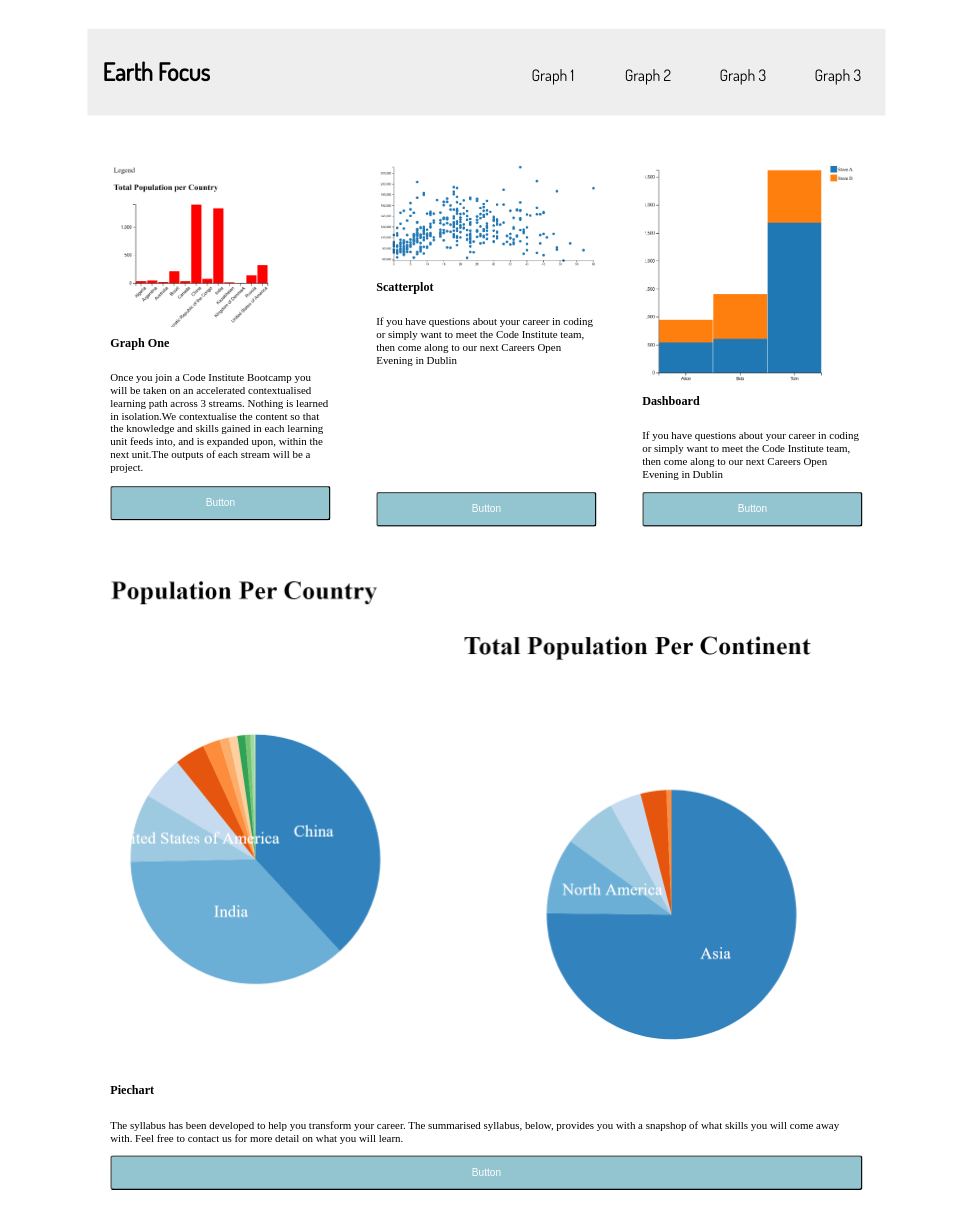
Repository: Code-Institute-Submissions/SOliv1-milestone2_NovResub
Page: index.html
The author's editor kept a record of every edit. The page is drawn from the files as they stood at one moment, then again after the next edit.
The browser window is 1280 px wide. The pictures show the whole page, at 76% of full size.
Some web libraries are served in a nearby version.

Above is the page before.

### index.html
<!DOCTYPE html>
<html lang="en">
<head>
    <meta charset="UTF-8">
    <meta http-equiv="X-UA-Compatible" content="ie=edge">
    <meta name="viewport" content="width=device-width, initial-scale=1">
    <title>Earth Focus</title>
    <link href="css/style.css" rel="stylesheet">
    <link href='https://fonts.googleapis.com/css?family=Roboto' rel='stylesheet' type='text/css'>
    <link href='https://fonts.googleapis.com/css?family=Dosis' rel='stylesheet' type='text/css'>
    </head>
<body>
    <div id="container">
        <nav>
            <ul>
                <li id="logoNav">Earth Focus</>
                <li id="graph11_btn">Graph 1</li>
                <li id="graph2_btn"> Graph 2</li>
                <li id="graph3_btn">Graph 3</li>
                <li id="graph4_btn">Graph 3</li>
            </ul>
        </nav>
        <div class="card graph1">
            <img class="card_image" src="img/1.png" alt=" icon"graph>
            <div class="card_bottom">
                <h2 class="card_head">Graph One</h2>
                <p class="card_para">Once you join a Code Institute Bootcamp you will be taken on an accelerated contextualised learning path across 3 streams. Nothing is learned in isolation.We contextualise the content so that the knowledge and skills gained in each learning
                    unit feeds into, and is expanded upon, within the next unit.The outputs of each stream will be a project. </p>
                <button class="bottom_button" id="button_effects1">Button</button>
            </div>
        </div>
        <div class="card graph3_btn">
            <img class="card_image" src="img/2.png" alt="scatterplot icon">
            <h2 class="card_head">Scatterplot</h2>
            <p class="card_para">If you have questions about your career in coding or simply want to meet the Code Institute team, then come along to our next Careers Open Evening in Dublin</p>
            <button id="button_effects2" class="bottom_button">Button</button>
            </div>
        <div class="card graph2">
            <img class="card_image" src="img/3.png" alt="graph icon">
            <h2 class="card_head">Dashboard</h2>
            <p class="card_para">If you have questions about your career in coding or simply want to meet the Code Institute team, then come along to our next Careers Open Evening in Dublin</p>
            <button id="button_effects3" class="bottom_button">Button</button>
        </div>
        <div class="card graph4">
         <img class="card_image" src="img/4.png" alt="pie graph">
            <h2 class="card_head">Piechart</h2>
            <p class="card_para">The syllabus has been developed to help you transform your career. The summarised syllabus, below, provides you with a snapshop of what skills you will come away with. Feel free to contact us for more detail on what you will learn.</p>
             <button id="button_effects4" class="bottom_button">Button</button>
        </div>
    <script src="https://code.jquery.com/jquery-3.2.1.js" integrity="sha256-DZAnKJ/6XZ9si04Hgrsxu/8s717jcIzLy3oi35EouyE=" crossorigin="anonymous"></script>
    <script src="js/script.js"></script>
    <!-- Scripts located at the bottom of the body to insure page is fully loaded before execution -->
</body>
</html>

### css/style.css
Skip to content
Search or jump to…

Pull requests
Issues
Marketplace
Explore

@SOliv1
Code Issues 0 Pull requests 0 Projects 0 Wiki Security Pulse Community
jquery-events/style.css
 Ubuntu initial commit
871e21d on Aug 28
193 lines (133 sloc)  2.25 KB

body {
	font-family: 'Roboto', sans-serif;
	/*background-image: url(img/code-institute.jpg);
 	background-size: cover;
 	color: #ffffff;*/
 	background-color: #eee;

}

h1{
	font-size: 3em;
	text-align: center;
}

h2 {
	font-size: 1em;
	text-align: left;

}



p {
	font-size: .9rem;
}



div {
	border-radius: 4px;
}

.card_image {
	width: 100%;

}

.bottom_button {
	display: flex;
	box-sizing:border-box;
	border-radius: 4px;
	display: block;
	width: 100%;
	background-color:rgba(129, 187, 201,.85);
	text-align: center;
	padding: 1em .75em;
	text-decoration: none;
	color: #fff;

}

.card_bottom {
	display: flex;
	flex-flow:column;
}

.card_head {
	flex:0;
}



.card_para {

	flex:1 0 auto;

}

#container {
	display: flex;		/* makes container a flexbox*/
	flex-flow: row wrap; 	/* layout the boxes in rows and wrap them*/
	box-sizing:border-box;
	margin-right:auto;
	margin-left:auto;
	max-width:1050px;
}

#logo {
	width: 800px;
	margin: auto;
}



.card {

	flex:1; /* */

	display: flex;	/* make the contents controllable by flexbox*/
	flex-flow:column;	/* */
	min-width: 240px; /**/
	margin: 10px;
	padding: 20px;
	background-color: #fff;
}

.highlight_stream {
	background-color: #EB5255;
}

#my_footer {
	width:100%;
	text-align: center;
}



#copyright {
	margin-top:10px;
	margin-bottom:10px;

}

/*************************
Navigation
**************************/

nav {

	font-family: roboto;
	background-color: #eee;
	margin: 30px auto;
	width: 100%;
}

ul {

	display: flex;

	justify-content:space-between;

	flex-flow: row;

	/*flex-flow: row-reverse;*/
	/*justify-content:flex-end;*/
	/*justify-content:space-around;*/
	/*align-items:flex-start;*/
	align-items:baseline;
	border-radius: 10px;
	list-style-type: none; /*Remove Bullets*/
	padding: 0;

}

li {
	flex:1;
	height: 30px;
	/*width:10%;*/
	/*border:2px solid #000;*/
	/*background-color: #81BBC9;*/
	/*border-radius: 10px;*/
	font-family: Dosis;
	padding:20px 20px 20px 20px;
	text-align: center;
	font-size: 1.3em;
}

#logoNav {
	flex:6;
	text-align: left;
	font-size: 2em;
	font-weight: bold;
}

.underline {
    text-decoration:underline;

}



.border {

    border: solid 5px #ccc;

}

@media screen and (max-width: 700px) {
	ul {
		flex-flow: column;
		align-items:center;
    }
	li {
		font-size: 2em;
	}

}

### js/script.js

// Use the fadeTo effect when the mouse hovers over a specific button
    // and fadeTo again when the mouse is no longer hovering over the button

    $("#button_effects1").mouseenter(function(){
        $('#button_effects1').fadeTo(1000, 0.5);
    });
    $("#button_effects1").mouseleave(function(){
        $('#button_effects1').fadeTo(1000, 1);
    });
    $("#button_effects2").mouseenter(function(){
        $('#button_effects2').fadeTo(1000, 0.5);
    });
    $("#button_effects2").mouseleave(function(){
        $('#button_effects2').fadeTo(1000, 1);
    });
    $("#button_effects3").mouseenter(function(){
        $('#button_effects3').fadeTo(1000, 0.5);
    });
    $("#button_effects3").mouseleave(function(){
        $('#button_effects3').fadeTo(1000, 1);
    });
    $("#button_effects4").mouseenter(function(){
        $('#button_effects4').fadeTo(1000, 0.5);
    });
    $("#button_effects4").mouseleave(function(){
        $('#button_effects4').fadeTo(1000, 1);
    });
    $("#button_effects4").mouseleave(function(){
        $('#button_effects5').fadeTo(1000, 1);
    });

    //waits until page is loaded first

    $(document).ready(function(){
    //applies colour red to paragraphs when clicked on
    $("p").click(function(){
        $("p").addClass("card_par2 highlight_text");
    });


    // Toggle the visibility of the paragraph when a button is clicked

	$("button").click(function(){
		$(this).prev().slideToggle('slow');

	});

	// Open the paragraph once the image is clicked

	$("img").click(function() {
		$(this).next().children("p").slideDown();

	});


	$(".card").click(function() {
		$(this).toggleClass("highlight");

	});

	// All cards that are not currently selected will be hidden when `select_btn` is clicked

	$("#select_btn").click(function() {

		$(".card:not(.highlight)").hide();

	});

// Select all cards

	$("#all_btn").click(function(){

		$(".card").show();

	});

});

After the next edit:
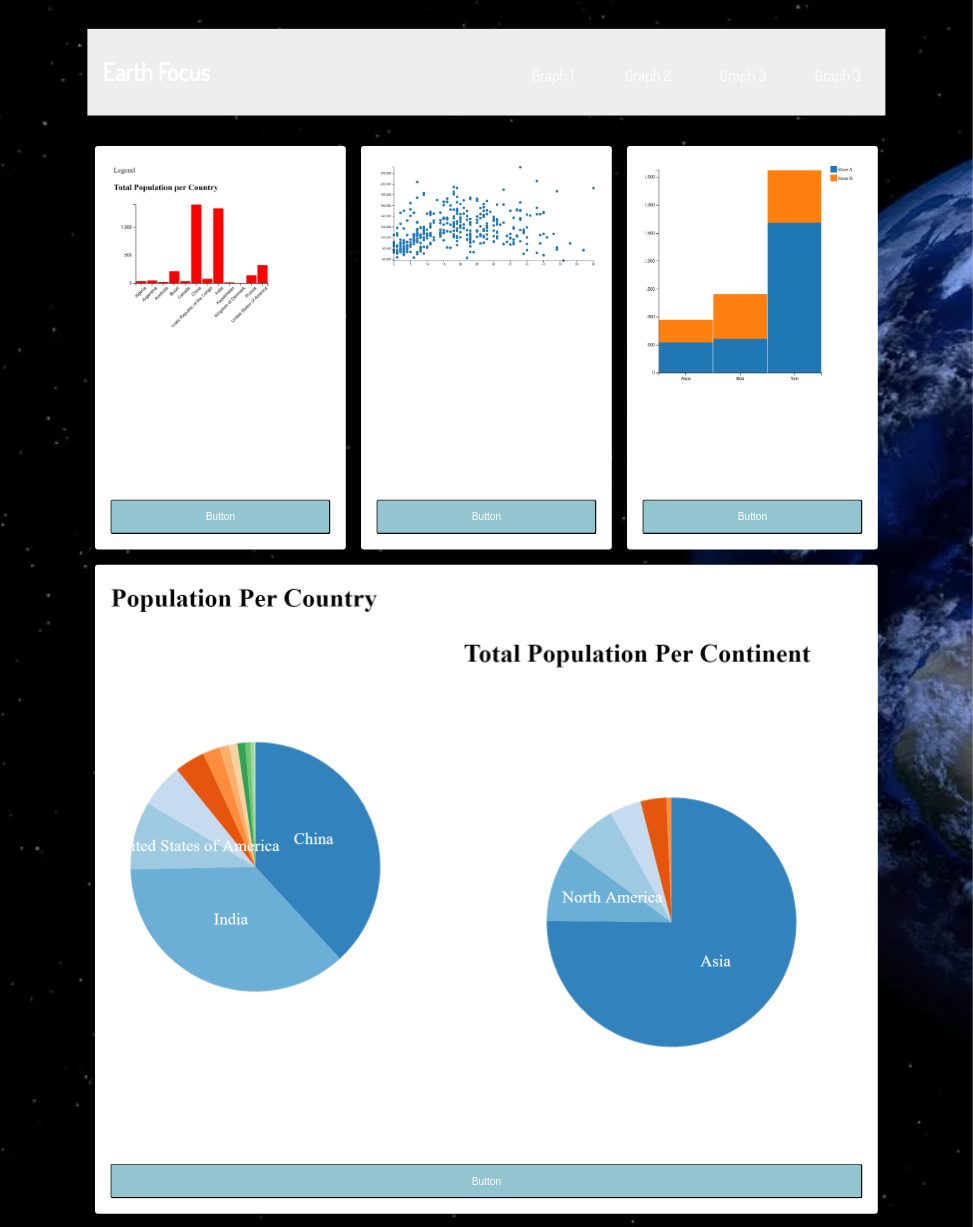
The edit:
--- a/css/style.css
+++ b/css/style.css
@@ -1,21 +1,9 @@
-Skip to content
-Search or jump to…
 
-Pull requests
-Issues
-Marketplace
-Explore
 
-@SOliv1
-Code Issues 0 Pull requests 0 Projects 0 Wiki Security Pulse Community
-jquery-events/style.css
- Ubuntu initial commit
-871e21d on Aug 28
-193 lines (133 sloc)  2.25 KB
 
 body {
 	font-family: 'Roboto', sans-serif;
-	/*background-image: url(img/code-institute.jpg);
+	background-image: url(img/earth.png);
  	background-size: cover;
  	color: #ffffff;*/
  	background-color: #eee;
